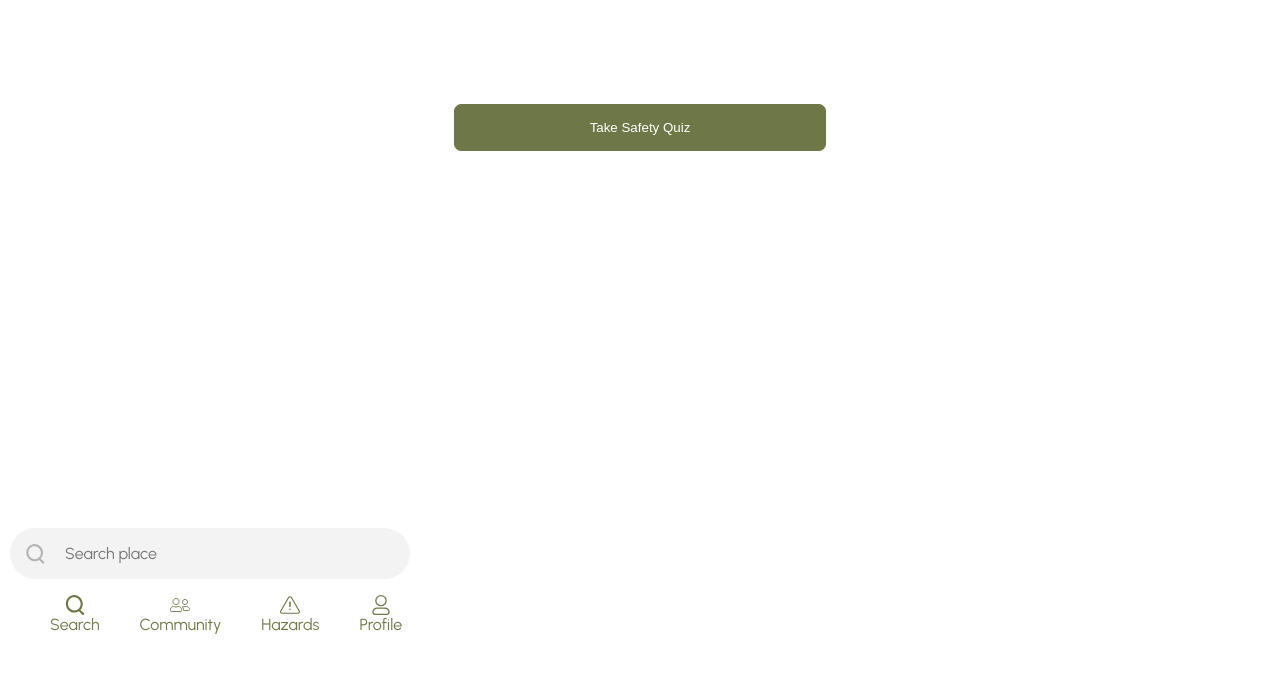
Repository: Aladdin3r/SafeCycle
Page: /
The author's editor kept a copy of each file at every save. The page is drawn from the files as they stood at one save, then again after the next save.
The browser window is 1280 px wide. The pictures show the whole page.
The project was rebuilt for these pictures with package versions that can differ from the ones it lists, and the page was loaded fresh each time. The framework's server and built-in components were replaced by stand-ins that run in the browser.

Above is the page before, as saved 2024-04-15 13:05:37.

### pages/index.js
import Head from "next/head";
import styles from "@/styles/Home.module.css";
import Link from 'next/link'
import NavBar from "@/components/NavBar";


export default function Home() {
  return (
    <>
      <Head>
        <title>SafeCycle</title>
        <meta name="description" content="Home Page" />
        <meta name="viewport" content="width=device-width, initial-scale=1" />
        <link rel="icon" href="/favicon3.png" />
      </Head>
      <main className={`${styles.main}`}>

        <Link href="/quiz/questionOne">
          <button  className={styles.button}>Take Safety Quiz</button>
        </Link>
        <NavBar />
      </main>
    </>
  );
}

### styles/globals.css
@import url('https://fonts.googleapis.com/css2?family=Urbanist:wght@300;400;500;600&display=swap');

:root {
  --grey: #F3F3F3;
  --light-grey: #B4B4B4;
  --button-color: #6e7747;
  --button-color-hover: #4d5527;
  --correct: #008000;
  font-family: 'Urbanist', sans-serif;
}

### styles/Home.module.css
.main {
  display: flex;
  flex-direction: column;
  justify-content: space-between;
  align-items: center;
  padding: 6rem;
  min-height: 20vh;
}

.button {
  width: 372px;
  height: 47px;
  background-color: var(--button-color);
  color: white;
  border: 1.5px solid var(--button-color);
  border-radius: 7px;
}
.button:hover{
  width: 372px;
  height: 47px;
  background-color: var(--button-color-hover);
  color: white;
  border: 1.5px solid var(--button-color-hover);
  border-radius: 7px;
}

### components/NavBar/index.js
import nextConfig from '@/next.config.mjs'
import styles from './NavBar.module.css'
import Image from 'next/image'

export default function NavBar() {
    return(
        <div className={`${styles.container} ${styles.navigation}`}>
            <div className={styles.navigation}>
                <form>
                    <div className={styles.search}>
                        <Image className={styles.searchIcon} src="./icons/search.svg" width={20} height={20} />
                        <input className={styles.searchInput} type="search" placeholder='Search place'></input>
                    </div>
                </form>
                <ul>
                    <li className={styles.list}>
                        <Image src="./icons/searchgreen.svg" width={20} height={20} />
                        <a>Search</a>
                    </li>
                    <li className={styles.list}>
                        <Image src="./icons/community.svg" width={20} height={20} />
                        <a>Community</a>
                    </li>
                    <li className={styles.list}>
                        <Image src="./icons/hazard.svg" width={20} height={20} />
                        <a>Hazards</a>
                    </li>
                    <li className={styles.list}>
                        <Image src="./icons/profile.svg" width={20} height={20} />
                        <a>Profile</a>
                    </li>

                </ul>
            </div>
        </div>
    )
}

### components/NavBar/NavBar.module.css
.search {
    flex-grow: 1;
    display: flex;
    justify-content: center;
    align-items: center;
    padding: 15px;
    border-radius: 28px;
    background-color: var(--grey);
}

.searchInput {
    background-color: var(--grey);
    border: none;
    font-size: 16px;
    color: var(--light-grey);
    font-family: 'Urbanist';
    flex-grow: 1;
}

.searchIcon {
    margin-right: 10px;
}

.container {
    display: flex;
    justify-content: end;
    align-items: center;
    position: fixed;
    bottom: 0;
    left: 0;
    width: 100%;
    background-color: white;
    padding: 10px;
}

.search {
    display: flex;
    flex-direction: row;
    gap: 0.5em;
}

.navigation {
    width: 100%;
    max-width: 400px;
    margin-bottom: 30px;
}

.navigation ul{
    display: flex;
    flex-direction: row;
    gap: 2.5em;
    list-style-type: none;
    background-color: white;
    color: var(--button-color);
}

.navigation li {
    display: flex;
    flex-direction: column;
    justify-content: center;
    align-items: center;
    font
}

Loaded but not shown: pages/_app.js (common file); pages/_document.js (common file); next.config.mjs (common file)

After the next save:
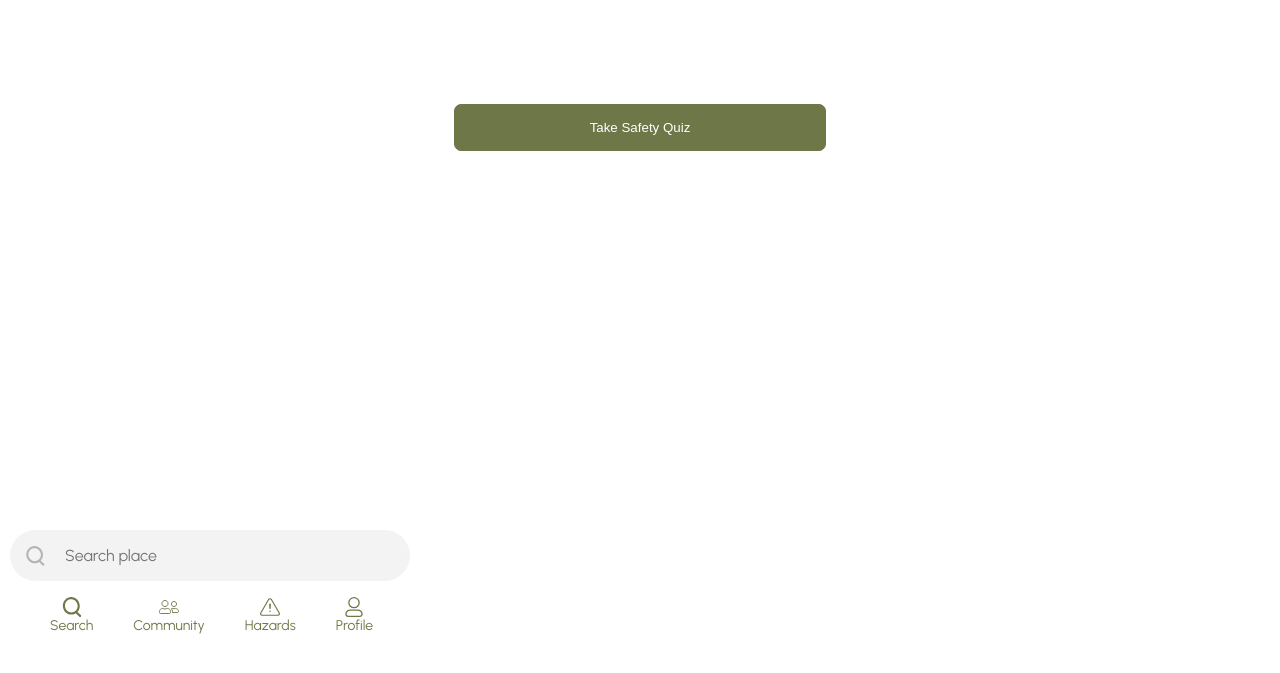
Saved 4 s later.
--- a/components/NavBar/NavBar.module.css
+++ b/components/NavBar/NavBar.module.css
@@ -59,5 +59,5 @@
     flex-direction: column;
     justify-content: center;
     align-items: center;
-    font
+    font-size: 14px;
 }
